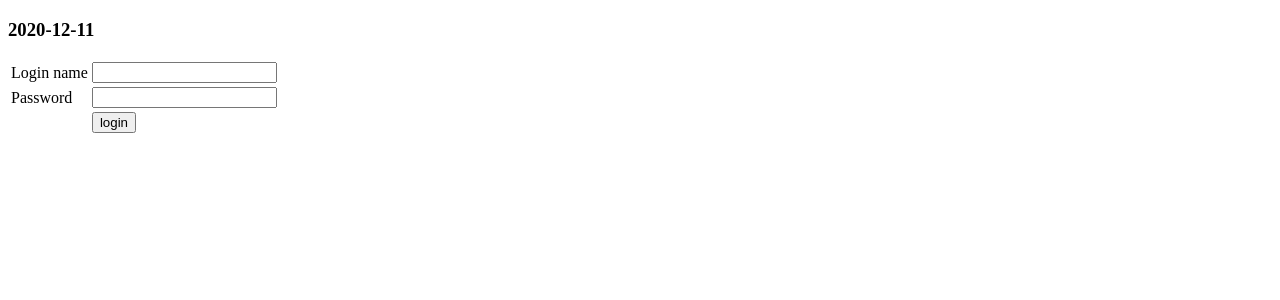
Repository: zuzinmeko/maven_project
Page: http://localhost/02-hello-servlet/
The author's editor kept a copy of each file at every save. The page is drawn from the files as they stood at one save, then again after the next save.
The browser window is 1280 px wide. The pictures show the whole page.
The page is served by Tomcat 9. Other server files are loaded and not shown.

Above is the page before, as saved 2020-12-15 09:26:20.

### 02-hello-servlet/src/main/webapp/index.jsp
<%@page import="java.time.LocalDate"%>
<%@ page language="java" contentType="text/html; charset=ISO-8859-1"
    pageEncoding="ISO-8859-1"%>
<!DOCTYPE html>
<html>
<head>
<meta charset="ISO-8859-1">
<title>Insert title here</title>
</head>
<body>
<h3><% out.println(LocalDate.now()); %></h3>
	<form action="login" method="post">
	<table>
		<tr>
			<td>Login name</td>
			<td>
			<input type="text" name="uname"/>
			</td>
		</tr>
		<tr>
			<td>Password</td>
			<td>
			<input type="password" name="pass"/>
			</td>
		</tr>
		<tr>
			<td></td>
			<td>
			<input type="submit" value="login" />
			</td>
		</tr>
	</table>
	</form>
</body>
</html>

After the next save:
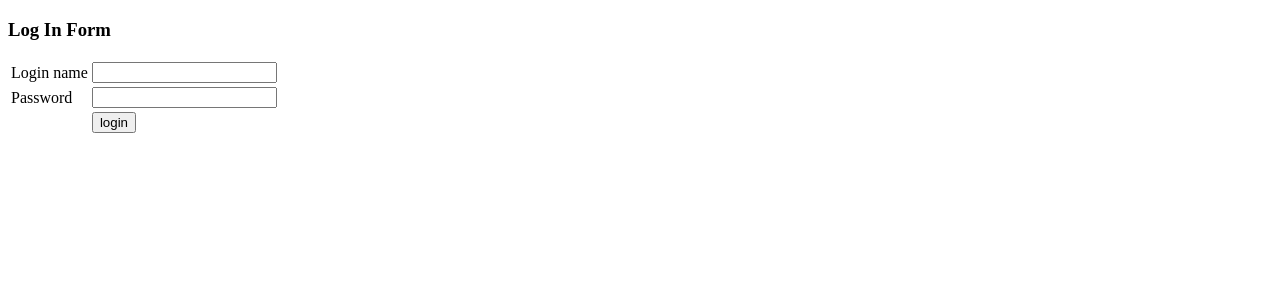
Saved 3 min 51 s later.
--- a/02-hello-servlet/src/main/webapp/index.jsp
+++ b/02-hello-servlet/src/main/webapp/index.jsp
@@ -8,7 +8,7 @@
 <title>Insert title here</title>
 </head>
 <body>
-<h3><% out.println(LocalDate.now()); %></h3>
+<h3>Log In Form</h3>
 	<form action="login" method="post">
 	<table>
 		<tr>
